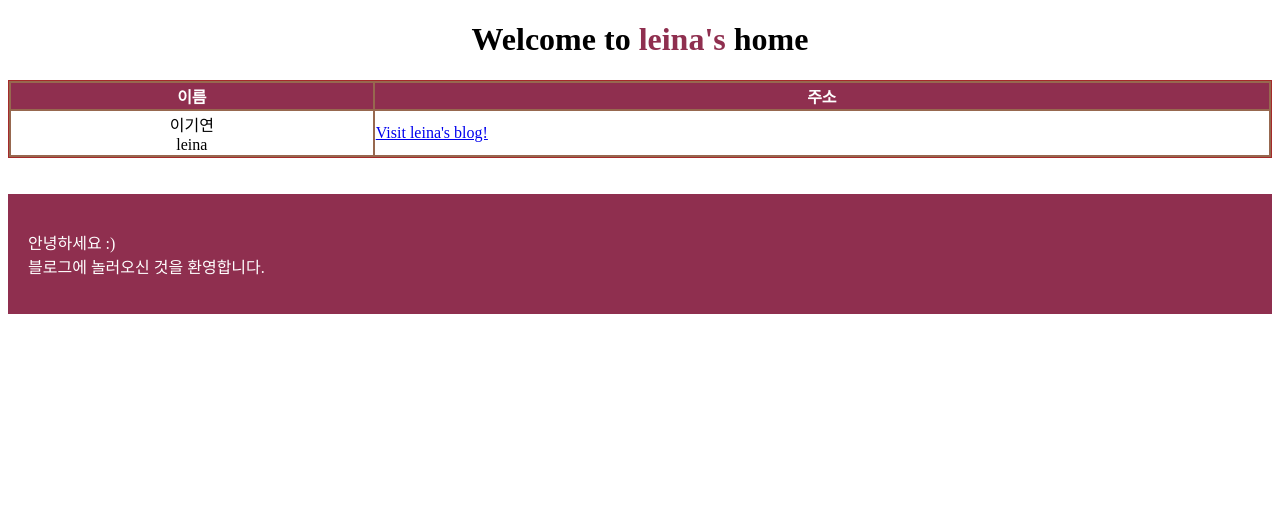
Repository: trapezer84/JSP
Page: http://localhost/ACA_Assignment0203/
These files come from the project's save history. The page is drawn as it stood at one moment and after the next save; the edit follows.
The browser window is 1280 px wide. The pictures show the whole page.
The page is served by Tomcat 9. Other server files are loaded and not shown.

Above is the page before, as saved 2016-02-03 11:00:32.

### ACA_Assignment0203/WebContent/index.jsp
<%@ page language="java" contentType="text/html; charset=UTF-8"
    pageEncoding="UTF-8"%>
<!DOCTYPE html PUBLIC "-//W3C//DTD HTML 4.01 Transitional//EN" "http://www.w3.org/TR/html4/loose.dtd">
<html>
<head>
<meta http-equiv="Content-Type" content="text/html; charset=UTF-8">
<title>welcome to leina'a world! </title>
<style>
	table.tb1 {
		width: 100%;
		height: 100;
		background-color: #97684F;
		border: 1px solid brown;
		padding: 15;
		border-collapse: 15;
	}
	table.tb1 th {
		background-color: #8F2F4F;
	}
	table.tb1 td {
		background-color: white;
	}
</style>
</head>
<body>
	<h1 align="center">Welcome to <span style="color:#8F2F4F">leina's </span>home</h1>

	<table class="tb1" >
		<tr>
			<th><span style="color:white">이름</span></th>
			<th><span style="color:white">주소</span></th>
		</tr>

		<tr>
			<td align="center">이기연 <br />leina </td>
			<td><a href="http://kiyeonlee.com">Visit leina's blog!</a></td>
		</tr>
	</table>

	<br/>
	<br/>

	<div style="background-color:#8F2F4F; color:white; padding:20px;">
		<p> 안녕하세요 :) <br />
			블로그에 놀러오신 것을 환영합니다. <br />
		</p>
	</div>





</body>
</html>

After the next save:
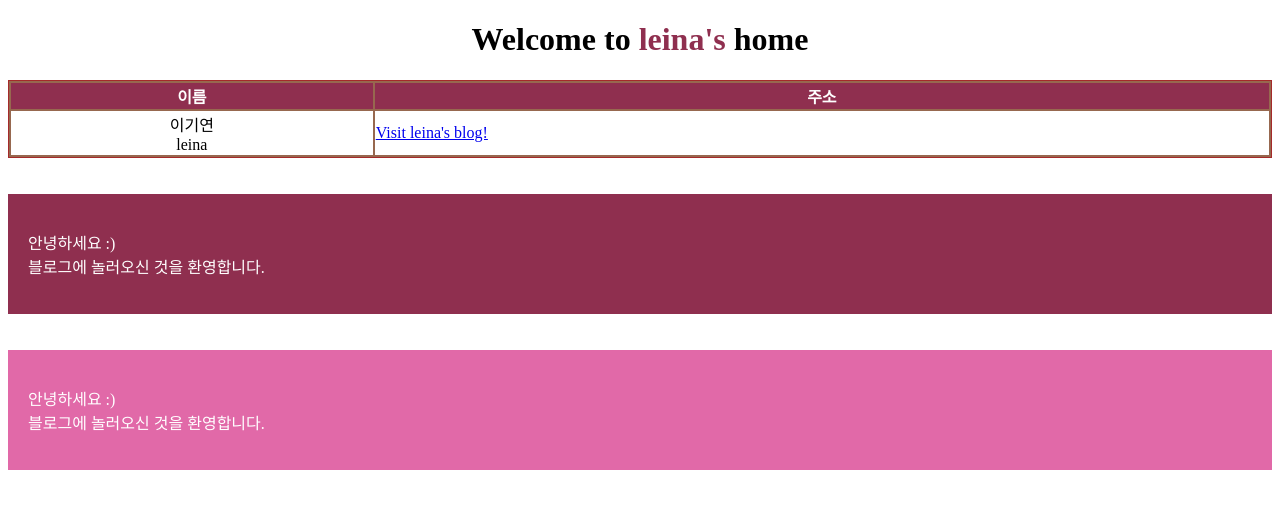
Saved 54 s later.
--- a/ACA_Assignment0203/WebContent/index.jsp
+++ b/ACA_Assignment0203/WebContent/index.jsp
@@ -46,7 +46,14 @@
 		</p>
 	</div>
 
+	<br/>
+	<br/>
 
+	<div style="background-color:#E169A8; color:white; padding:20px;">
+		<p> 안녕하세요 :) <br />
+			블로그에 놀러오신 것을 환영합니다. <br />
+		</p>
+	</div>
 
 
 
